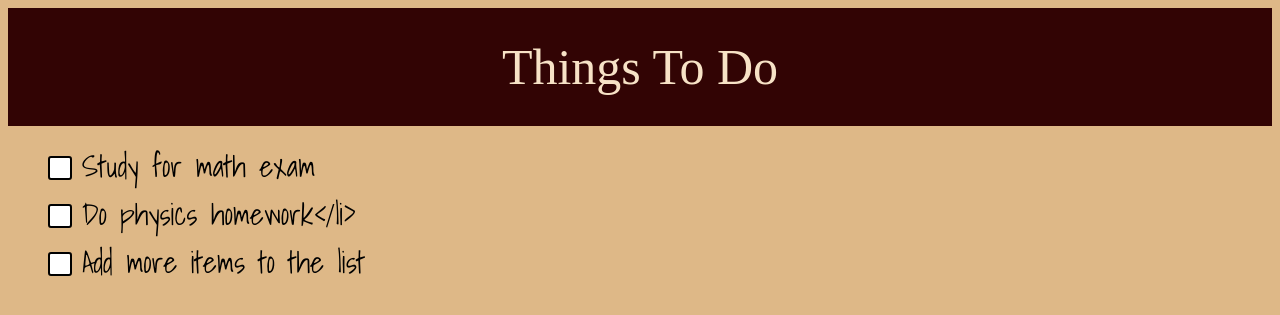
Repository: riya10483/pomodoro
Page: todo.html
An editor plug-in stored every save of this project. The page is shown before and after the next save, followed by the edit.
The browser window is 1280 px wide. The pictures show the whole page.
Some web fonts or font styles are not loaded; a fallback is used.

Above is the page before, as saved 2024-09-28 21:26:57.

### todo.html
<!DOCTYPE html>
<html lang="en">
<head>
    <meta charset="UTF-8">
    <style>
        @import url('https://fonts.googleapis.com/css2?family=Rye&display=swap');
    </style>
    <style>
        @import url('https://fonts.googleapis.com/css2?family=Shadows+Into+Light&display=swap');
    </style>
    <style>
        @import url('https://fonts.googleapis.com/css2?family=Peralta&family=Rye&display=swap');
    </style>
    <meta name="viewport" content="width=device-width, initial-scale=1.0">
    <title>To Do List</title>
    <link rel="stylesheet" href="todo.css">
</head>
<body>
    <div id="header">Things To Do</div>
    <ul id="checklist">
        <li><input type="checkbox" id="item1" onclick="strikeThrough(this)"><label for="item1">Study for math exam</label></li>
        <li><input type="checkbox" id="item2" onclick="strikeThrough(this)"><label for="item2">Do physics homework<</label>/li>
        <li><input type="checkbox" id="item3" onclick="strikeThrough(this)"><label for="item3">Add more items to the list</label></li>
    </ul>
</body>
<script src="functions.js"></script>
</html>

### todo.css
* {
    background-color:burlywood;
}
#header {
    color:rgb(247, 226, 198);
    padding: 30px;
    background-color:rgb(50, 4, 4);
    text-align: center;
    font-family: Rye;
    font-size: 50px;
}

li {
    font-size: 30px;
    font-family: "Shadows Into Light";
    list-style: none;
}

input {
    width: 30px;
    height: 30px;
    margin: 15px 30px;
}

.checked {
    text-decoration: line-through;
    color:rgb(176, 141, 94);
}

/* Hide the default checkbox */
input[type="checkbox"] {
    display: none;
}

/* Create a custom checkbox appearance */
input[type="checkbox"] + label:before {
    content: '';
    display: inline-block;
    width: 20px;
    height: 20px;
    margin-right: 10px;
    border: 2px solid #000;
    border-radius: 3px;
    background-color: white;
    vertical-align: middle;
}

/* Change appearance when checkbox is checked */
input[type="checkbox"]:checked + label:before {
    background-color: #4caf50;
    border-color: #4caf50;
    content: '✓';
    color: white;
    text-align: center;
    font-size: 18px;
    line-height: 20px;
}

/* Strike-through on label text when checkbox is checked */
input[type="checkbox"]:checked + label {
    text-decoration: line-through;
    color: #999;
}

### functions.js
let seconds = 300


// setInterval(function () {
//     seconds -= 1
//     let timerElement = document.getElementById("timer")
//     timerElement.innerHTML = seconds

// }, 1000);

function myFunction() {
    console.log("hello")
}

function strikeThrough(checkbox) {
    if (checkbox.checked) {
        checkbox.parentElement.classList.add('checked');
    }
    else {
        checkbox.parentElement.classList.remove('checked');
    }
}

After the next save:
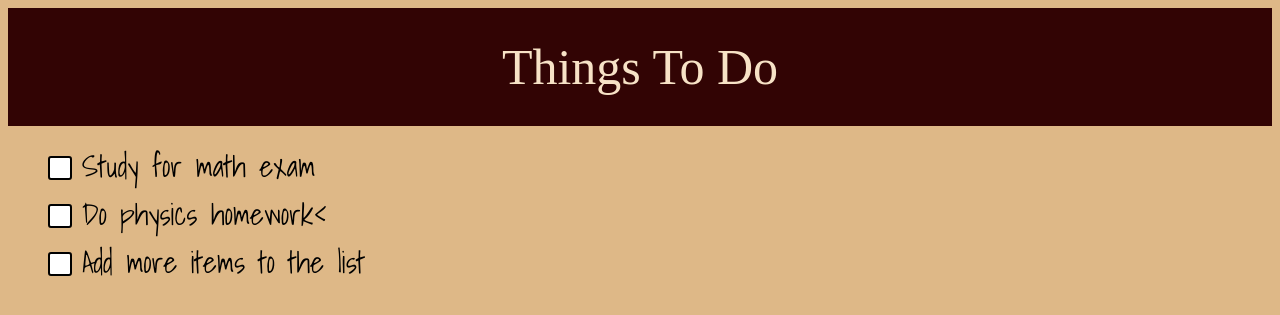
Saved 5 s later.
--- a/todo.html
+++ b/todo.html
@@ -19,7 +19,7 @@
     <div id="header">Things To Do</div>
     <ul id="checklist">
         <li><input type="checkbox" id="item1" onclick="strikeThrough(this)"><label for="item1">Study for math exam</label></li>
-        <li><input type="checkbox" id="item2" onclick="strikeThrough(this)"><label for="item2">Do physics homework<</label>/li>
+        <li><input type="checkbox" id="item2" onclick="strikeThrough(this)"><label for="item2">Do physics homework<</label></li>
         <li><input type="checkbox" id="item3" onclick="strikeThrough(this)"><label for="item3">Add more items to the list</label></li>
     </ul>
 </body>
